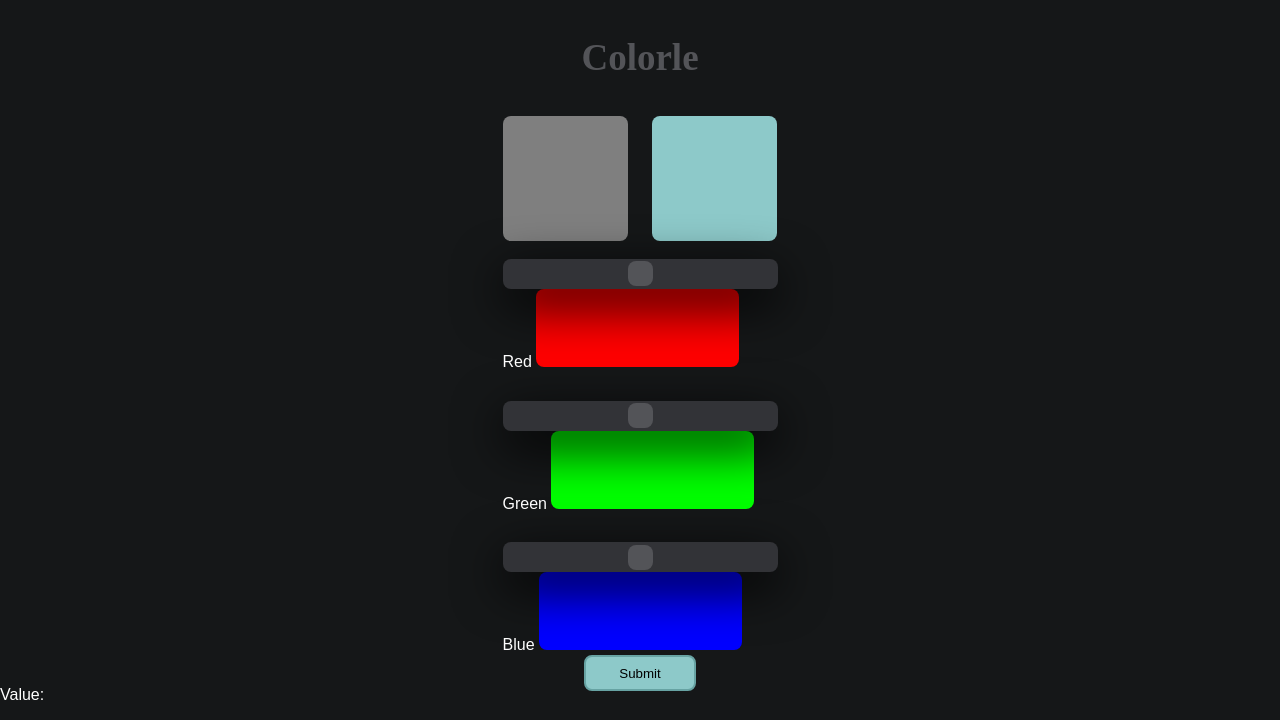
Repository: Artem-Melnik/Colorle
Page: index.html
The author's editor kept a copy of each file at every save. The page is drawn from the files as they stood at one save, then again after the next save.
The browser window is 1280 px wide. The pictures show the whole page.

Above is the page before, as saved 2022-05-12 20:02:34.

After the next save:
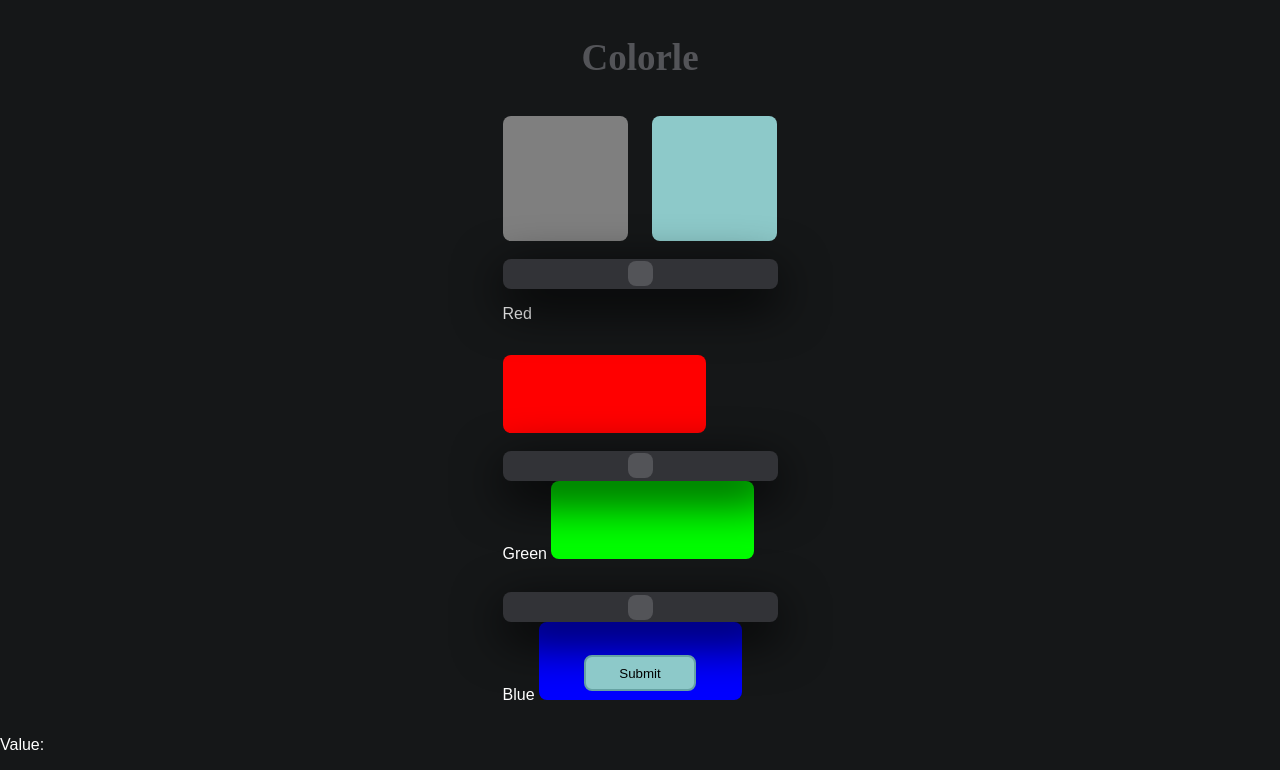
Saved 2 min 33 s later.
--- a/index.html
+++ b/index.html
@@ -49,7 +49,8 @@
         class="slider"
         id="sliderRed"
       />
-      <p class="currentColor" id="currentRed">Red <span></span></p>
+      <p class="currentColor" id="currentRed">Red</p>
+      <p class></p>
       <div id="previewRed"></div>
     </div>
     <div id="greenContainer">
@@ -61,7 +62,7 @@
         class="slider"
         id="sliderGreen"
       />
-      <p class="currentColor" id="currentGreen">Green <span></span></p>
+      <p class="currentColor" id="currentGreen">Green</p>
       <div id="previewGreen"></div>
     </div>
     <div id="blueContainer">
@@ -73,7 +74,7 @@
         class="slider"
         id="sliderBlue"
       />
-      <p class="currentColor" id="currentBlue">Blue <span></span></p>
+      <p class="currentColor" id="currentBlue">Blue</p>
       <div id="previewBlue"></div>
     </div>
     <div class="guessText">
